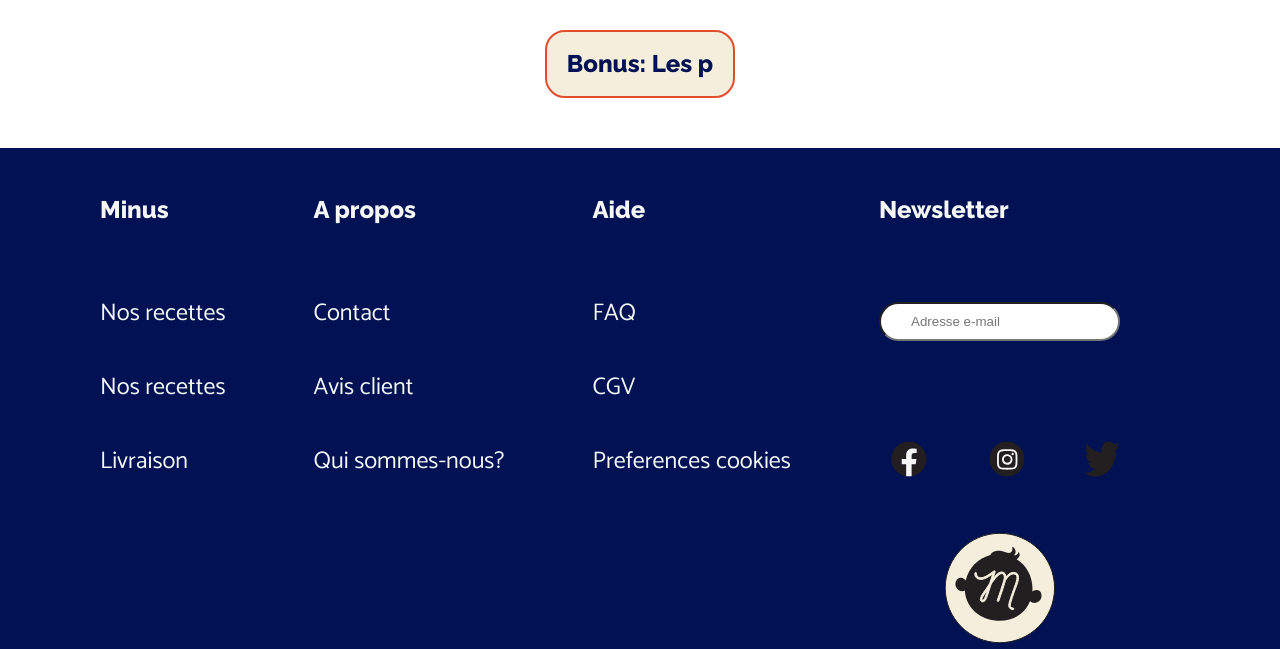
Repository: minus-team7/minus_team7
Page: minus_homepage.html
These files come from the project's save history. The page is drawn as it stood at one moment and after the next save; the edit follows.
The browser window is 1280 px wide. The pictures show the part of the page from y = 1786 to 2435 px (the page is 2435 px tall).
A picture or video elsewhere on the page could not be fetched, so the positions and the page height are approximate.

Above is the page before, as saved 2023-02-12 23:23:39.

After the next save:
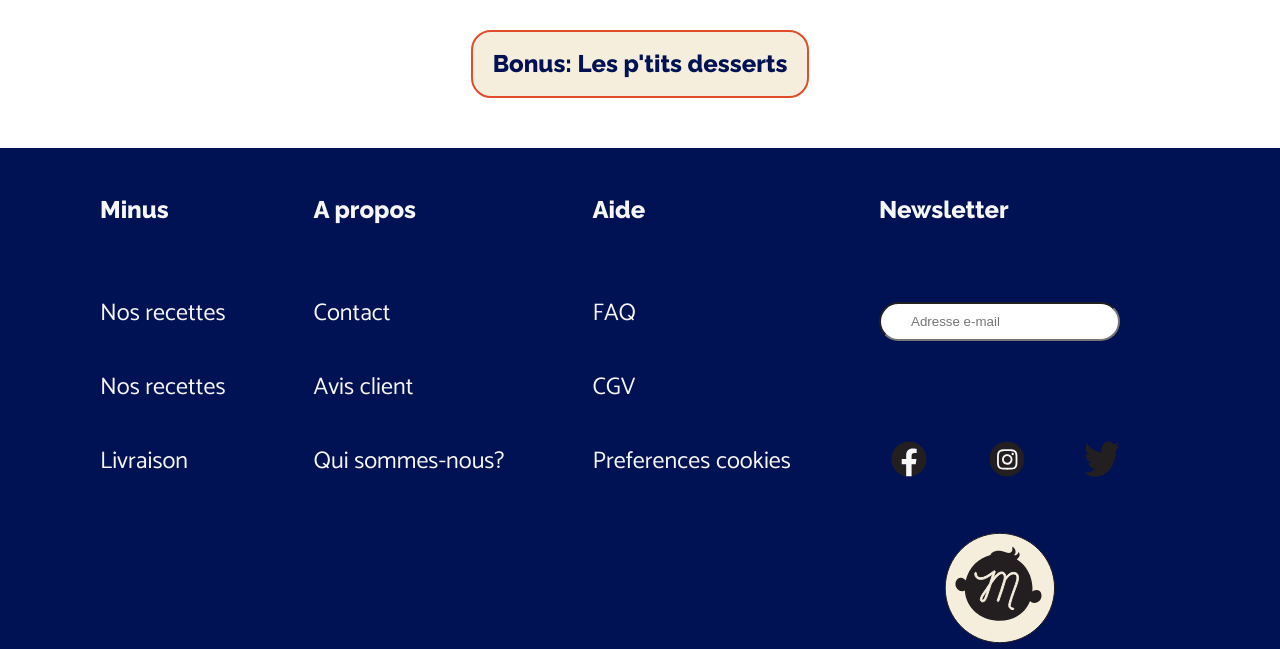
Saved 4 s later.
--- a/minus_homepage.html
+++ b/minus_homepage.html
@@ -84,7 +84,7 @@
     </section>
 
     <div class="bouton">
-        <a href="#">Bonus: Les p</a>
+        <a href="#">Bonus: Les p'tits desserts</a>
     </div>
 
     <section class="nos-desserts">
